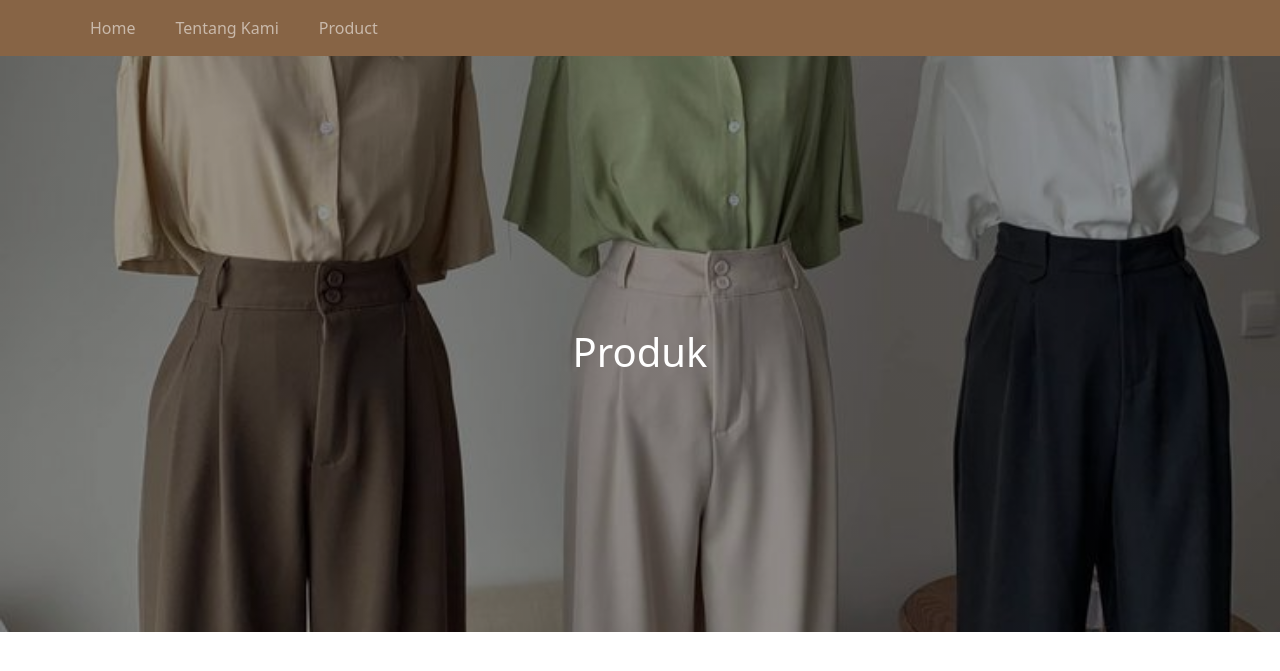
Repository: herman165/tugas_uas
Page: http://localhost/tentang_kami.php
The author's editor kept a copy of each file at every save. The page is drawn from the files as they stood at one save, then again after the next save.
The browser window is 1280 px wide. The pictures show the whole page.
The page is run by PHP 8.4 with error messages shown; the project is at /var/www/html/.

Above is the page before, as saved 2024-12-12 04:27:12.

### tentang_kami.php

<!DOCTYPE html>
<html lang="en">
<head>
    <meta charset="UTF-8">
    <meta name="viewport" content="width=device-width, initial-scale=1.0">
    <title>Tentang Kami - Page</title>
    <link rel="stylesheet" href="bootstrap/css/bootstrap.min.css">
    <link rel="stylesheet" href="fontawesome/css/all.min.css">
    <link rel="stylesheet" href="css/style.css">
</head>
<body>
    <!-- navbar -->
     <?php require "navbar.php" ?>
     <!-- benner -->
     <div class="container-fluid banner d-flex align-items-center">
        <div class="container">
            <h1 class="mt-4 text-white text-center">Produk</h1>
        </div>
     </div>


    <script src="bootstrap/js/bootstrap.bundle.min.js"></script>
    <script src="fontawesome/js/all.min.js"></script>
</body>
</html>

### navbar.php
<!DOCTYPE html>
<html lang="en">
<head>
    <meta charset="UTF-8">
    <meta name="viewport" content="width=device-width, initial-scale=1.0">
    <title>Responsive Navbar</title>
     <link rel="stylesheet" href="bootstrap/css/bootstrap.min.css">

<style>

        /* Khusus tampilan HP */
        @media (max-width: 480px) {
            .navbar {
                background: linear-gradient(to right, #6a11cb, #2575fc); /* Gradient ungu ke biru */
                box-shadow: 0 4px 6px rgba(0, 0, 0, 0.3); /* Bayangan */
                border-radius: 5px; /* Membuat sudut melengkung */
            }

            .navbar-dark .nav-link {
                color: #ffffff;
                background-color: rgba(255, 255, 255, 0.2); /* Transparan putih */
                margin: 5px;
                padding: 10px;
                border-radius: 5px; /* Melengkung */
                text-align: center;
                transition: background-color 0.3s ease, color 0.3s ease;
            }

            .navbar-dark .nav-link:hover {
                background-color: rgba(255, 255, 255, 0.4); /* Lebih terang saat hover */
                color: #ffcc00; /* Warna kuning keemasan */
            }

            /* Tombol toggler */
            .navbar-dark .navbar-toggler {
                border: none;
                background-color: #ffffff; /* Putih */
                padding: 5px;
                border-radius: 3px; /* Melengkung */
            }

            .navbar-dark .navbar-toggler-icon {
                background-color: #6a11cb; /* Ungu */
                border-radius: 2px;
                width: 25px;
                height: 3px;
            }
        }

</style>

</head>
<body>
    <nav class="navbar navbar-expand-lg navbar-dark warna1">
        <div class="container">
            <button class="navbar-toggler" type="button" data-bs-toggle="collapse" data-bs-target="#navbarSupportedContent" aria-controls="navbarSupportedContent" aria-expanded="false" aria-label="Toggle navigation">
                <span class="navbar-toggler-icon"></span>
            </button>
            <div class="collapse navbar-collapse" id="navbarSupportedContent">
                <ul class="navbar-nav me-auto mb-2 mb-lg-0">
                    <li class="nav-item me-4 ">
                        <a class="nav-link " href="index.php">Home</a>
                    </li>
                    <li class="nav-item me-4 ">
                        <a class="nav-link" href="tentang_kami.php">Tentang Kami</a>
                    </li>
                    <li class="nav-item me-4 ">
                        <a class="nav-link" href="produk.php">Product</a>
                    </li>
                </ul>
            </div>
        </div>
    </nav>

    <script src="bootstrap/js/bootstrap.bundle.min.js"></script>
</body>
</html>

### css/style.css
.warna1 {
    background-color: #876445;
}
.warna2 {
    background-color: #CA965C;
}
.warna3 {
    background-color: #EEC373;
}
.warna4 {
    background-color: #F4DFBA;
}
.banner {
    height: 80vh; /* Mengisi seluruh tinggi layar */
    background: linear-gradient(rgba(0, 0, 0, 0.4), rgba(0, 0, 0, 0.4)), url('../image/benner\ new.jpg');
    background-size: cover; /* Memastikan gambar menutupi seluruh elemen */
    background-position: center; /* Memusatkan gambar */
    background-repeat: no-repeat; /* Mencegah gambar diulang */
}



@media (max-width: 768px) {
    .banner {
        height: 30vh;
    }
}
.highlighted-kategori{
    height: 250px;

}
.produk-terkait-image {
    height: 100%;
    width: 100%;
    object-fit: cover;
    object-position: center;

}
.no-decoration{
    text-decoration: none;
    color:white;
}
.no-decoration:hover {
    color: #EEC373;
}

.kategori-baju-pria {
  background: linear-gradient(rgba(0, 0, 0, 0.4), rgba(0, 0, 0, 0.4)), url('../image/baju\ pria.jpg');
  background-size: cover;
  background-position: center;
  background-repeat: no-repeat;
}
.kategori-baju-wanita {
  background: linear-gradient(rgba(0, 0, 0, 0.4), rgba(0, 0, 0, 0.4)), url('../image/baju\ wanita.jpg');
  background-size: cover;
  background-position: center;
  background-repeat: no-repeat;

}
.kategori-sepatu-pria {
  background: linear-gradient(rgba(0, 0, 0, 0.4), rgba(0, 0, 0, 0.4)), url('../image/Vans\ Old\ Skool\ Sneakers\ in\ Black_White\ _\ VN000D3HY28\ -\ Men\ 13_Wmn\ 14_5\ _\ Black.jpg');
  background-size: cover;
  background-position: center;
  background-repeat: no-repeat;
}
.kategori-jam-pria {
  background: linear-gradient(rgba(0, 0, 0, 0.4), rgba(0, 0, 0, 0.4)), url('../image/Kegllect\ Men\ Life\ Waterproof\ Quartz\ Watch\ Mens\ Large\ Dial\ Sport\ Wristwatch\ Jam\ Tangan\ Lelaki.jpg');
  background-size: cover;
  background-position: center;
  background-repeat: no-repeat;
}
.text-harga{
    font-size: 20px;
    color:#CA965C;
}
.image-box {
    height: 200px;
}
.image-box img{
    height: 100%;
    width: 100%;
    object-fit: cover;
    object-position: center;
}
.subscribe-content {
    background-color: rgba(0, 0, 0, 0.7);
}
.subscribe-content a {
    color: #fff
}
.bounce-icon {
    font-size: 50px;
    color: #fff;
    animation: wave 2s infinite;
}
@keyframes wave {
    0% {
        transform: translateX(0) translateY(0);
    }
    40% {
        transform: translateX(10px) translateY(-10px);
    }
    50% {
        transform: translateX(-10px) translateY(10px);
    }
    60% {
        transform: translateX(10px) translateY(10px);
    }
    80% {
        transform: translateX(-10px) translateY(-10px);
    }
    100% {
        transform: translateX(0) translateY(0);
    }
}

.layout {
    text-decoration: none;
}

Loaded but not shown: bootstrap/css/bootstrap.min.css (library); fontawesome/css/all.min.css (library); bootstrap/js/bootstrap.bundle.min.js (library)

After the next save:
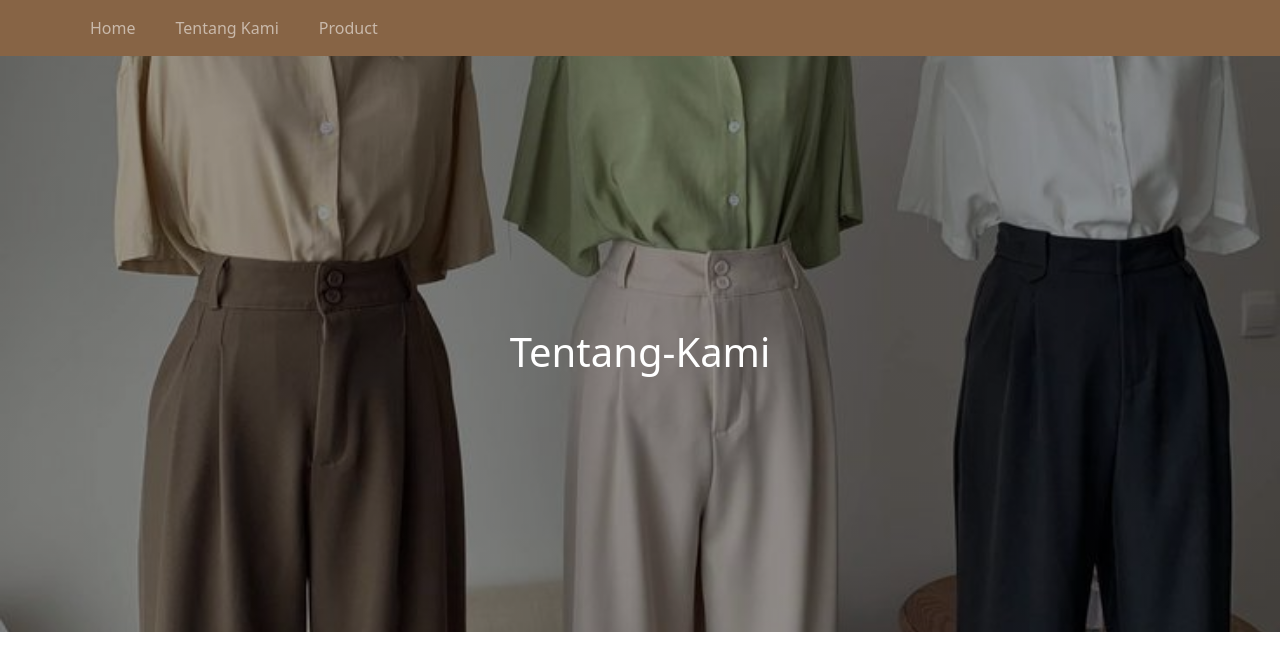
Saved 9 s later.
--- a/tentang_kami.php
+++ b/tentang_kami.php
@@ -15,7 +15,7 @@
      <!-- benner -->
      <div class="container-fluid banner d-flex align-items-center">
         <div class="container">
-            <h1 class="mt-4 text-white text-center">Produk</h1>
+            <h1 class="mt-4 text-white text-center">Tentang-Kami</h1>
         </div>
      </div>
 
